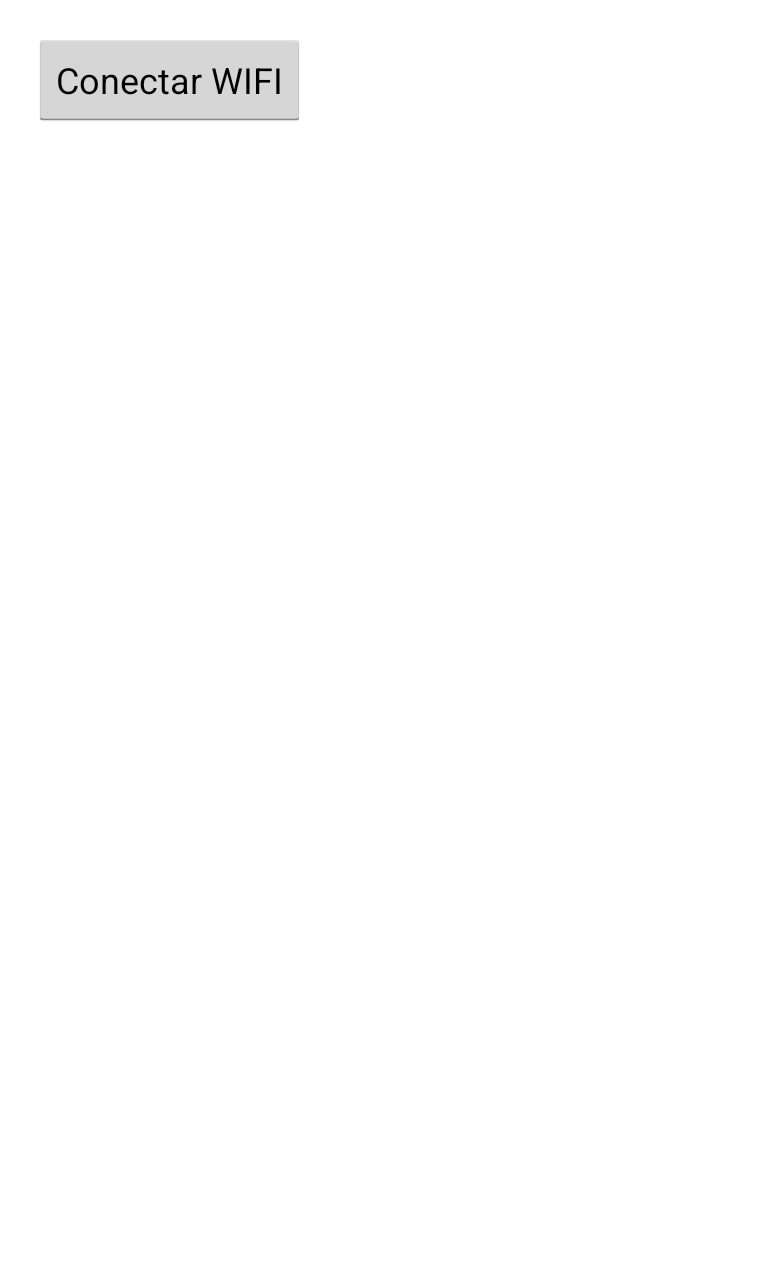
Repository: G3rcar/Android-II
Layout: Clase34WifiConfiguration/res/layout/activity_main.xml
An editor plug-in stored every save of this project. The layout is shown before and after the next save, followed by the edit.
It is drawn on a 768 x 1280 px phone screen (xhdpi) without system bars, with theme AppTheme; the app's code is not run.

Above is the layout before, as saved 2013-12-12 13:22:31.

After the next save:
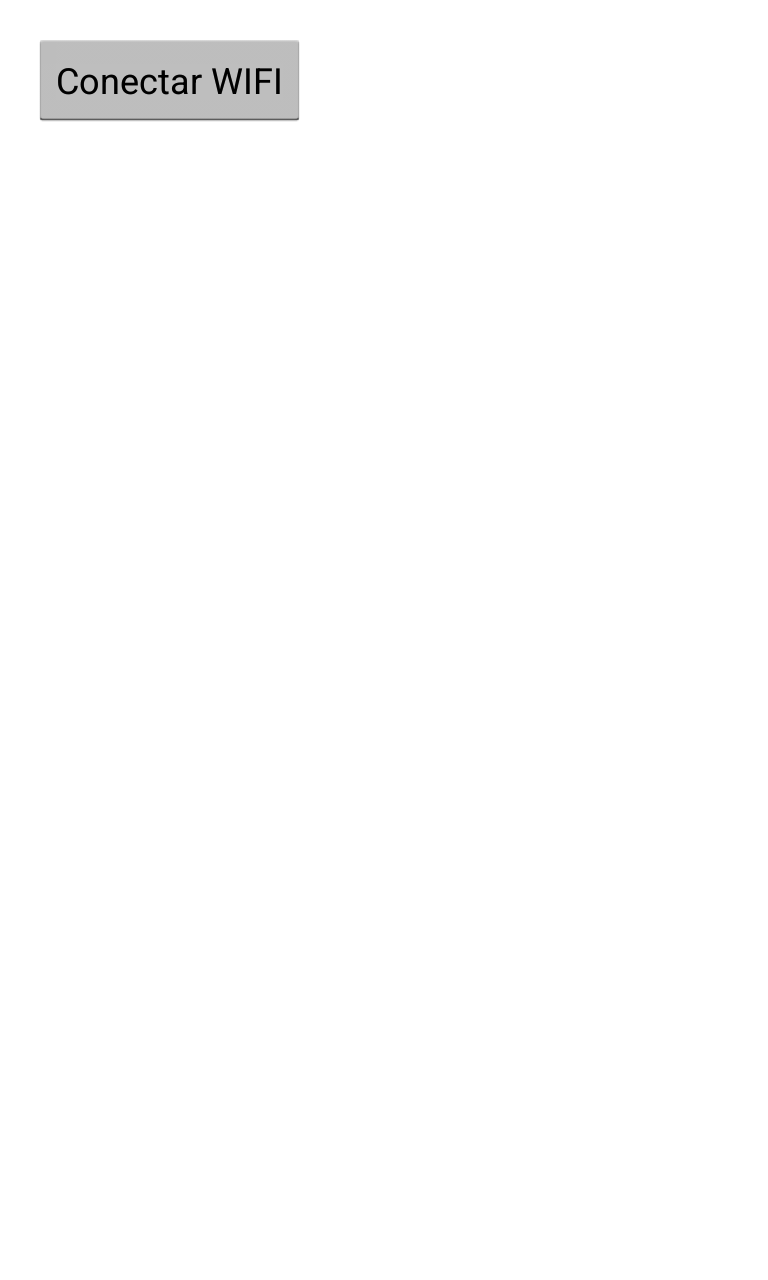
Saved 16 s later.
--- a/Clase34WifiConfiguration/res/layout/activity_main.xml
+++ b/Clase34WifiConfiguration/res/layout/activity_main.xml
@@ -15,4 +15,11 @@
         android:onClick="connect"
         android:text="@string/btnconnect" />
 
+    <Button
+        android:id="@+id/btnConnectW"
+        android:layout_width="wrap_content"
+        android:layout_height="wrap_content"
+        android:onClick="connectWep"
+        android:text="@string/btnconnect" />
+
 </RelativeLayout>
